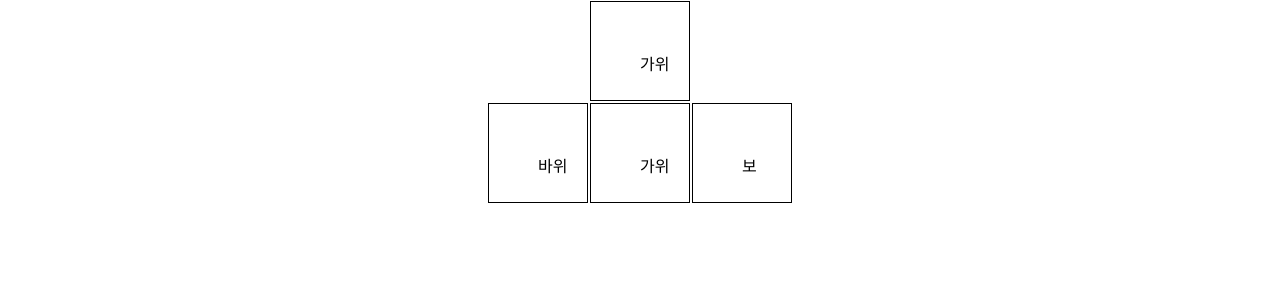
Repository: venandi48/RockScissorPaper-Game
Page: index.html
These files come from the project's save history. The page is drawn as it stood at one moment and after the next save; the edit follows.
The browser window is 1280 px wide. The pictures show the whole page.
The style sheet was rebuilt from its Sass, Less or Tailwind sources for each picture, by a compiler version that may differ from the author's.

Above is the page before, as saved 2023-11-13 16:15:10.

### index.html
<!DOCTYPE html>
<html lang="en">
  <head>
    <meta charset="UTF-8" />
    <meta name="viewport" content="width=device-width, initial-scale=1.0" />
    <title>가위바위보</title>
    <link rel="stylesheet" href="style.css" />
  </head>
  <body>
    <div class="playbox">
      <div class="machine">
        <div class="choice">
          <input type="hidden" name="machine-choice" />
        </div>
      </div>
      <div class="user">
        <div class="choice rock"></div>
        <div class="choice scissor"></div>
        <div class="choice paper"></div>
      </div>
      <div class="control">
        <input type="button" value="Replay" />
      </div>
    </div>

    <script src="./main.js"></script>
  </body>
</html>

### main.js
choices = {
  scissor: 0,
  rock: 1,
  paper: 2,
};

let machineChoiceSpeed = 250; // default machine's speed of chainge choice (ms단위).

playboxes = document.querySelectorAll(".playbox");
userChocies = document.querySelectorAll(".user .choice");
controlBtns = document.querySelectorAll(".playbox .control");

playboxes.forEach((playbox) => {
  playbox
    .querySelector(".machine .choice")
    .querySelector("input[type=hidden]").value = Random(0, 2);
});

controlBtns.forEach((controlBtn) => {
  replayBtn = controlBtn.querySelector("input[type=button][value=Replay]");
  replayBtn?.addEventListener("click", (e) => {
    replay(controlBtn.parentElement.parentElement);
  });
});

window.addEventListener("load", function () {
  this.setInterval(() => {
    playboxes.forEach((playbox) => {
      let machineChoice = playbox.querySelector(".machine .choice");

      if (machineChoice.classList.contains("selected") === true) return;

      if (machineChoice.classList.contains("rock")) {
        machineChoice.classList.remove("rock");
      }
      if (machineChoice.classList.contains("scissor")) {
        machineChoice.classList.remove("scissor");
      }
      if (machineChoice.classList.contains("paper")) {
        machineChoice.classList.remove("paper");
      }
      machineChoice.querySelector("input[type=hidden]").value =
        (machineChoice.querySelector("input[type=hidden]").value + 1) % 3;
      machineChoice.classList.add(
        convertChoicesFromNumToStr(
          +machineChoice.querySelector("input[type=hidden]").value
        )
      );
    });
  }, machineChoiceSpeed);
});

userChocies.forEach((element) => {
  element.addEventListener("click", function (e) {
    const selectedElement = e.target;
    let choosed = null;

    if (selectedElement.parentElement.classList.contains("selected")) return;

    selectedElement.parentElement.classList.add("selected");

    // 제일 첫번째로 나온 값을 사용자의 선택으로 간주
    selectedElement.classList.forEach((className) => {
      if (className === "rock") {
        choosed = "rock";
        return;
      } else if (className === "scissor") {
        choosed = "scissor";
        return;
      } else if (className === "paper") {
        choosed = "paper";
        return;
      }
    });

    if (choosed) {
      let sameAreaMachine =
        element.parentElement.parentElement?.querySelector(".machine .choice");

      if (sameAreaMachine) {
        gameResultCssEventer(
          selectedElement,
          sameAreaMachine,
          refree(
            +sameAreaMachine.querySelector("input[type=hidden]").value,
            choices[choosed]
          )
        );
      }
    }
  });
});

/// _________________________________________________________________
//                          Play Tools
/// _________________________________________________________________

function Random(min, max) {
  return Math.floor(Math.random() * (max - min) + min);
}

function convertChoicesFromNumToStr(choice) {
  switch (choice) {
    case choices.rock:
      return "rock";
    case choices.scissor:
      return "scissor";
    case choices.paper:
      return "paper";

    default:
      return "";
  }
}

function addHistory(playbox) {
  document.appendChild(playbox);
}

function replay(playbox) {
  document.body.appendChild(playbox.cloneNode(true));

  let machine = playbox.querySelector(".machine .choice");

  if (machine.classList.contains("selected"))
    machine.classList.remove("selected");
  resetResultChoiceBoxOfCss(machine);

  let userChoices = playbox.querySelector(".user");

  if (userChoices.classList.contains("selected"))
    userChoices.classList.remove("selected");

  userChoices.querySelectorAll(".choice").forEach((choiceElement) => {
    resetResultChoiceBoxOfCss(choiceElement);
  });
}

/*
 * @machine: 컴퓨터가 선택한 숫자값
 * @user: 사용자가 선택한 숫자값
 * @return: 0=>비김, 1=> 이김, 2=>짐
 */
function refree(machine, user) {
  return Math.abs(machine - user);
}

function resetResultChoiceBoxOfCss(element) {
  if (element.classList.contains("game-result-win"))
    element.classList.remove("game-result-win");
  if (element.classList.contains("game-result-draw"))
    element.classList.remove("game-result-draw");
  if (element.classList.contains("game-result-lose"))
    element.classList.remove("game-result-lose");

  return element;
}

function gameResultCssEventer(userElement, machineElement, result) {
  userElement.parentElement.querySelectorAll(".choice").forEach((node) => {
    resetResultChoiceBoxOfCss(node);
  });
  resetResultChoiceBoxOfCss(userElement);
  resetResultChoiceBoxOfCss(machineElement);
  machineElement.classList.add("selected");

  switch (result) {
    case 0:
      userElement.classList.add("game-result-draw");
      machineElement.classList.add("game-result-draw");
      break;
    case 1:
      userElement.classList.add("game-result-win");
      machineElement.classList.add("game-result-lose");
      break;
    case 2:
      userElement.classList.add("game-result-lose");
      machineElement.classList.add("game-result-win");
      break;
  }
}

### style.scss
* {
  position: relative;
  padding: 0;
  margin: 0;
  display: flexbox;
}

*,
::before,
::after {
  box-sizing: border-box;
}

.playbox {
  display: flex;
  flex-direction: column;
  justify-content: center;
  align-items: center;
}

.choice {
  width: 100px;
  height: 100px;
  border: 1px solid #000;
  margin: 1px;

  &::before {
    position: absolute;
    top: 50%;
    left: 50%;
    content: "물음표";
    animation: gelatine 0.5s infinite;
  }

  &.rock::before {
    content: "바위";
    animation-delay: 0.5s;
  }

  &.scissor::before {
    content: "가위";
    animation-delay: 1s;
  }

  &.paper::before {
    content: "보";
    // animation: bounce2 2s ease infinite;
  }
}

.game-result {
  &-win {
    background-color: green;
  }
  &-draw {
    background-color: blue;
  }
  &-lose {
    background-color: red;
  }
}

.user {
  display: flex;

  &.selected .choice {
    cursor: default;

    animation: noAnimate 0.5s infinite;
    transition: none !important;
  }

  & .choice {
    cursor: pointer;

    &:hover {
      background-color: aqua;
    }
  }
}

.control {
  display: flex;

  & input[type="button"] {
    width: 100px;
    height: 25px;
    margin: 5px;

    &[value="Replay"] {
      display: none;
    }
  }
}
.user.selected ~ .control input[type="button"][value="Replay"] {
  display: initial;
}

/*
* ============================= animate resources =============================
*/
@keyframes gelatine {
  from,
  to {
    transform: scale(1, 1);
  }
  25% {
    transform: scale(0.9, 1.1);
  }
  50% {
    transform: scale(1.1, 0.9);
  }
  75% {
    transform: scale(0.95, 1.05);
  }
}

### ui.js
// https://www.w3schools.com/howto/howto_js_sidenav.asp

/* Set the width of the side navigation to 250px */
function openNav() {
  document.getElementById("mySidenav").style.width = "250px";
}

/* Set the width of the side navigation to 0 */
function closeNav() {
  document.getElementById("mySidenav").style.width = "0";
}

After the next save:
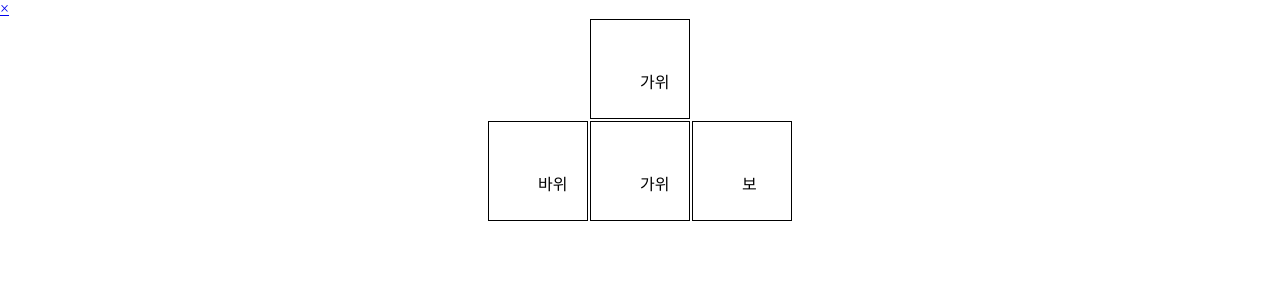
Saved 15 s later.
--- a/index.html
+++ b/index.html
@@ -7,6 +7,11 @@
     <link rel="stylesheet" href="style.css" />
   </head>
   <body>
+    <div class="sidenav">
+      <a href="javascript:void(0)" class="closebtn" onclick="closeNav()"
+        >&times;</a
+      >
+    </div>
     <div class="playbox">
       <div class="machine">
         <div class="choice">

After the 3 saves that followed:
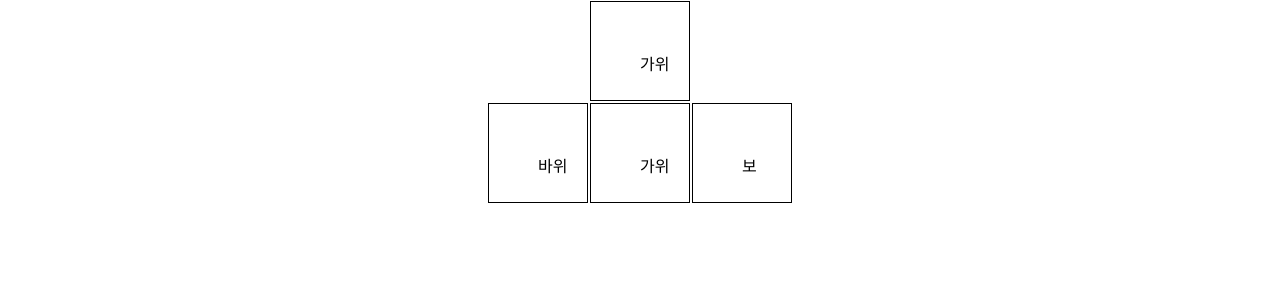
The 3 saves are shown as one change because 2 left the picture as it was.
The last was saved 106 s later.
--- a/index.html
+++ b/index.html
@@ -8,9 +8,9 @@
   </head>
   <body>
     <div class="sidenav">
-      <a href="javascript:void(0)" class="closebtn" onclick="closeNav()"
-        >&times;</a
-      >
+      <a href="javascript:void(0)" class="closebtn" onclick="closeNav()">
+        &times;
+      </a>
     </div>
     <div class="playbox">
       <div class="machine">
@@ -28,6 +28,7 @@
       </div>
     </div>
 
+    <script src="./ui.js"></script>
     <script src="./main.js"></script>
   </body>
 </html>
--- a/style.scss
+++ b/style.scss
@@ -9,6 +9,40 @@
 ::before,
 ::after {
   box-sizing: border-box;
+}
+
+/* The side navigation menu */
+.sidenav {
+  height: 100%; /* 100% Full-height */
+  width: 0; /* 0 width - change this with JavaScript */
+  position: fixed; /* Stay in place */
+  z-index: 1; /* Stay on top */
+  top: 0; /* Stay at the top */
+  left: 0;
+  background-color: #111; /* Black*/
+  overflow-x: hidden; /* Disable horizontal scroll */
+  padding-top: 60px; /* Place content 60px from the top */
+  transition: 0.5s; /* 0.5 second transition effect to slide in the sidenav */
+
+  a {
+    padding: 8px 8px 8px 32px;
+    text-decoration: none;
+    font-size: 25px;
+    color: #818181;
+    display: block;
+    transition: 0.3s;
+
+    &:hover {
+      color: #f1f1f1;
+    }
+  }
+  .closebtn {
+    position: absolute;
+    top: 0;
+    right: 25px;
+    font-size: 36px;
+    margin-left: 50px;
+  }
 }
 
 .playbox {
